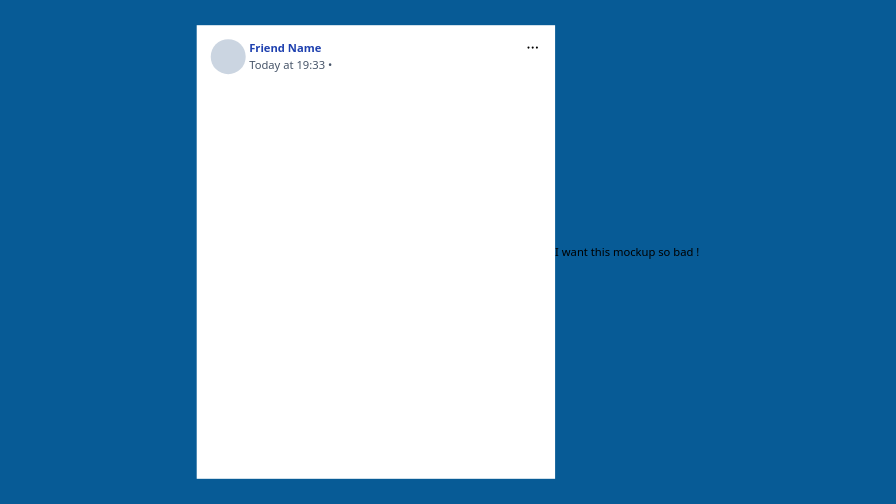
Repository: Sarah7223/internet-programming-tp
Page: TP2/TP02.1.html
These files come from the project's save history. The page is drawn as it stood at one moment and after the next save; the edit follows.
The browser window is 1280 px wide. The pictures show the whole page, at 70% of full size.
Some web libraries are served in a nearby version.

Above is the page before, as saved 2023-01-12 23:20:41.

After the next save:
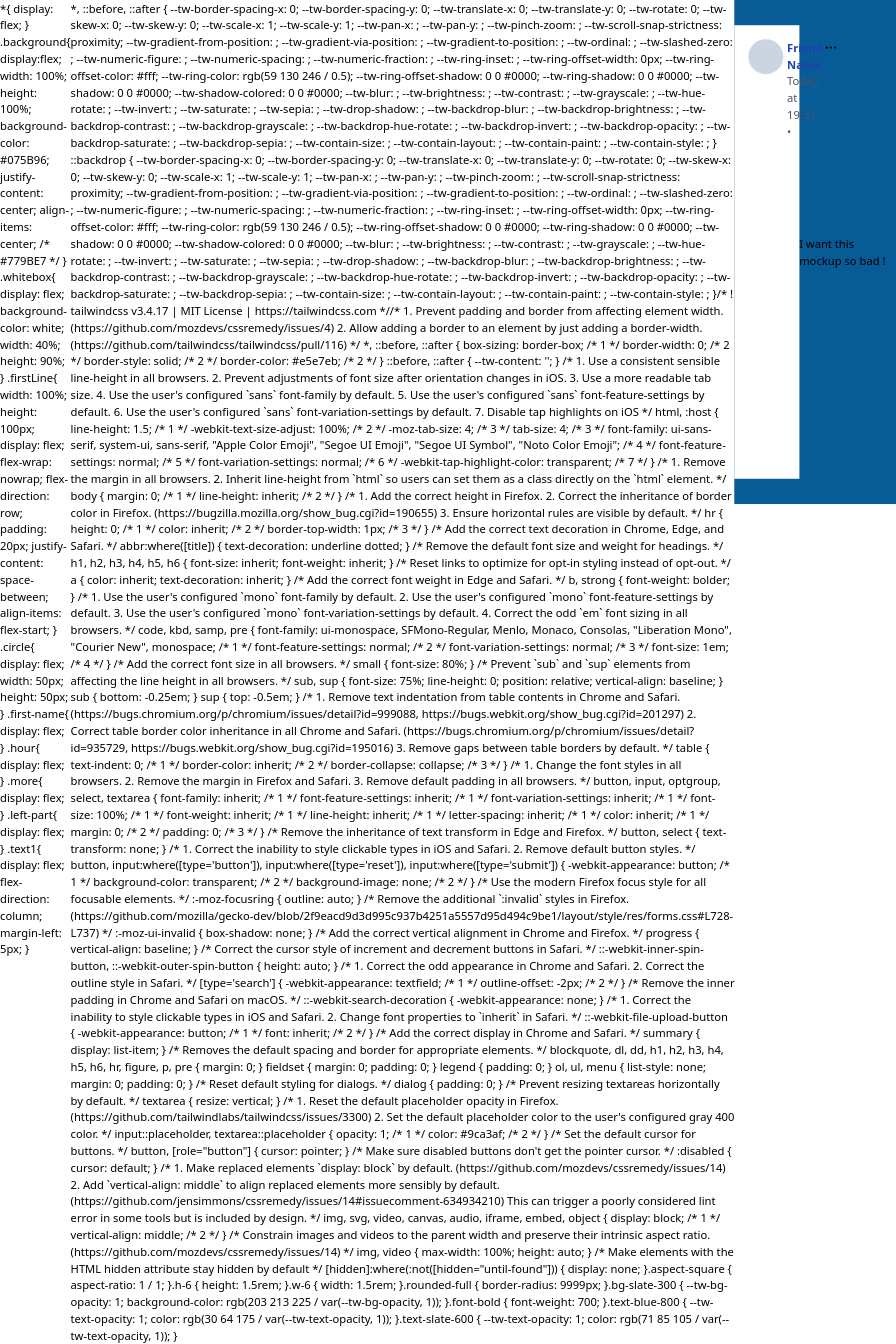
Saved 60 s later.
--- a/TP2/TP02.1.html
+++ b/TP2/TP02.1.html
@@ -1,7 +1,9 @@
 <html>
     <head>
         <style>
-
+                *{
+                    display: flex;
+                }
                 .background{
                     display:flex;
                     width: 100%;
@@ -54,6 +56,7 @@
 
                 }
 
+
         </style>
     </head>
     <body>
@@ -78,7 +81,7 @@
 
                     </div>
                 </div>
-                <div> I want this mockup so bad ! </div>
+                <div > I want this mockup so bad ! </div>
             </div>
         </div>
      </body>

After the save that followed:
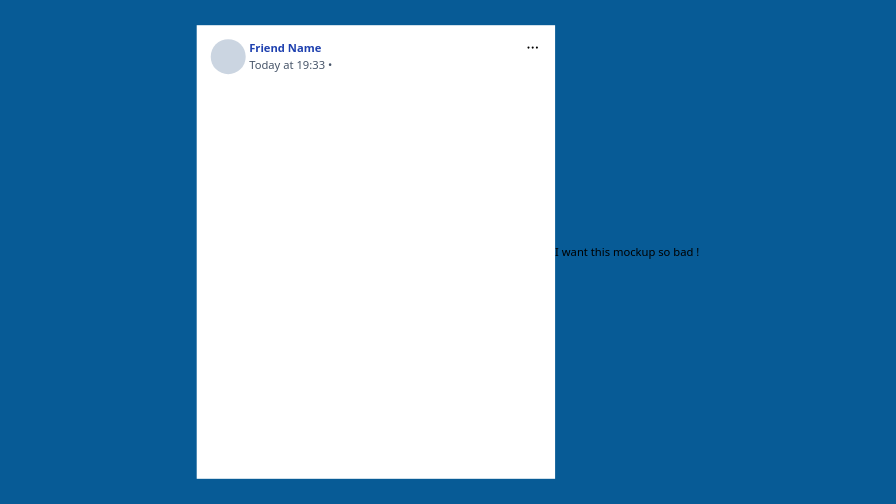
Saved 2 min 30 s later.
--- a/TP2/TP02.1.html
+++ b/TP2/TP02.1.html
@@ -1,9 +1,7 @@
 <html>
     <head>
         <style>
-                *{
-                    display: flex;
-                }
+
                 .background{
                     display:flex;
                     width: 100%;
